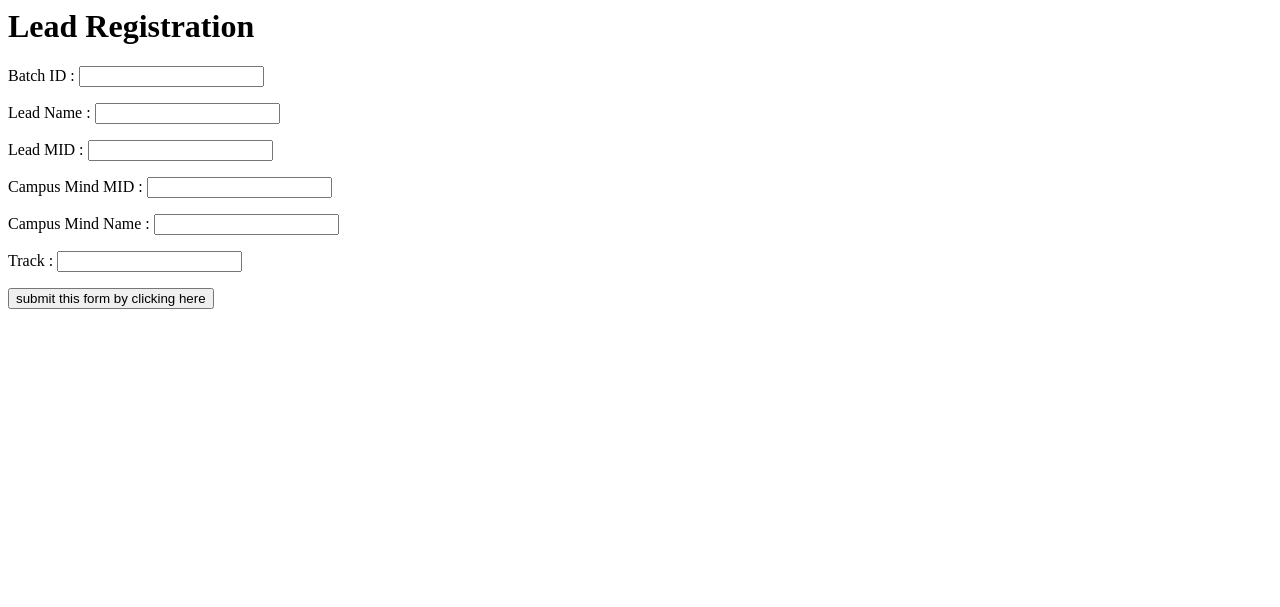
Repository: nikhilbalyan/EAI_BPM_ALL_Projects
Page: http://localhost/Spring_MVC_Hibernate/WEB-INF/pages/RegisterLead.jsp
An editor plug-in stored every save of this project. The page is shown before and after the next save, followed by the edit.
The browser window is 1280 px wide. The pictures show the whole page.
The page is served by Tomcat 9. Nobody is signed in. The template is opened directly, without the code that normally fills it, so the values that code supplies are empty.

Above is the page before, as saved 2017-12-19 06:26:04.

After the next save:
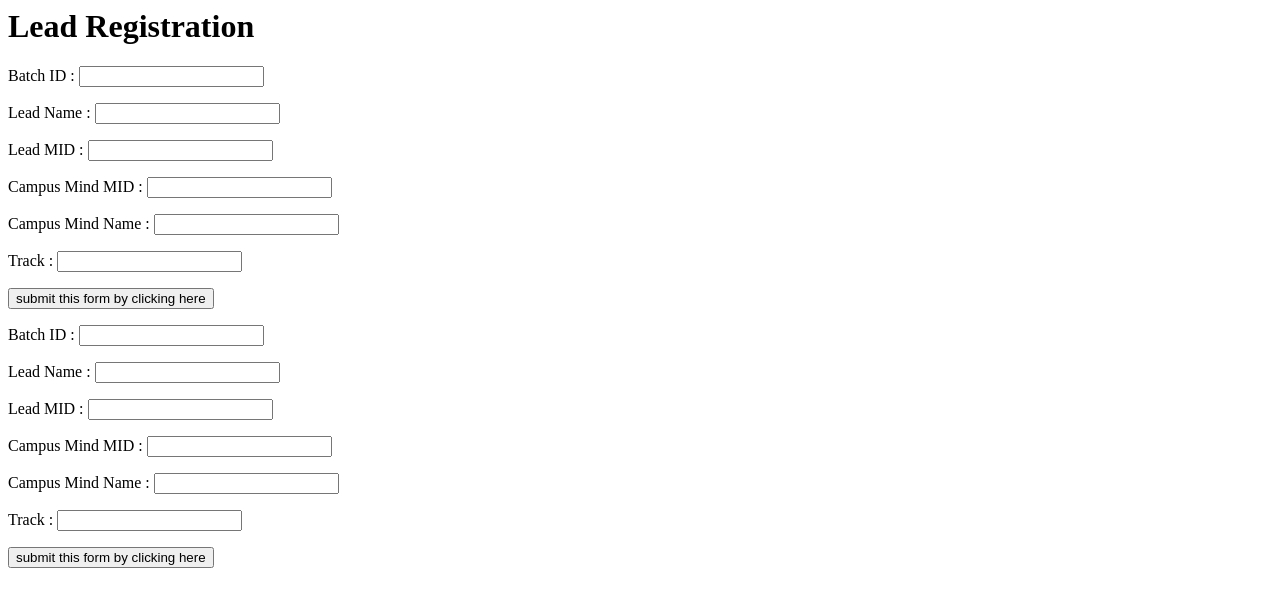
Saved 4 s later.
--- a/Spring_MVC_Hibernate/WebContent/WEB-INF/pages/RegisterLead.jsp
+++ b/Spring_MVC_Hibernate/WebContent/WEB-INF/pages/RegisterLead.jsp
@@ -37,6 +37,37 @@
 
 		<input type="submit" value="submit this form by clicking here" />
 	</form>
+
 	<!-- second form is here -->
+	<form action="/Spring_MVC_Hibernate/controller/RegisterUser"
+		method="post">
+		<p>
+			Batch ID : <input type="text" name="batchID" />
+		</p>
+
+		<p>
+			Lead Name : <input type="text" name="leadName" />
+		</p>
+
+		<p>
+			Lead MID : <input type="text" name="leadMID" />
+		</p>
+
+		<p>
+			Campus Mind MID : <input type="text" name="campusMindMID" />
+		</p>
+
+		<p>
+			Campus Mind Name : <input type="text" name="campusMindName" />
+		</p>
+
+		<p>
+			Track : <input type="text" name="Track" />
+		</p>
+
+		<input type="submit" value="submit this form by clicking here" />
+	</form>
+
+
 </body>
 </html>
